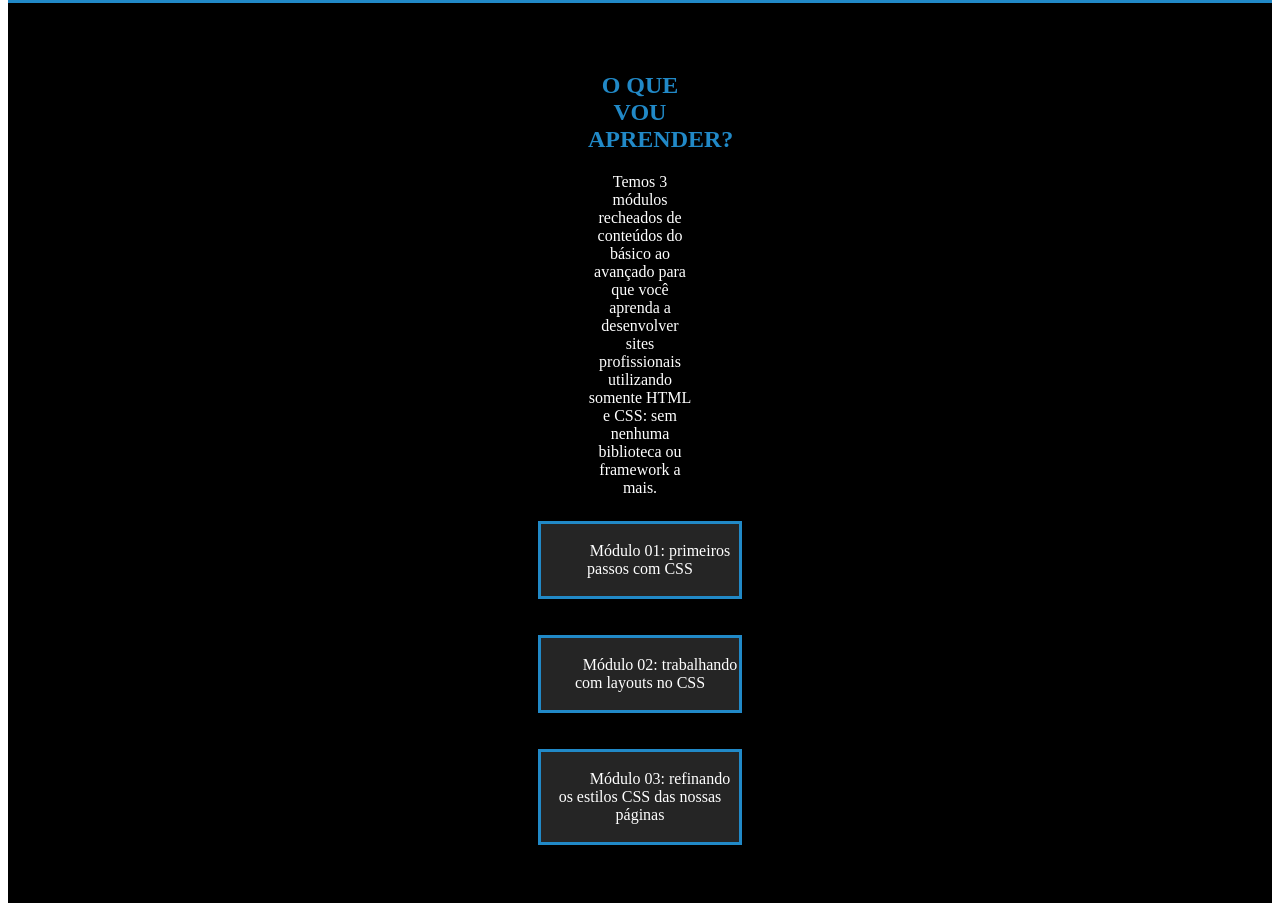
Repository: gustavotwist/trilha-css-desafio-01
Page: index.html
These files come from the project's save history. The page is drawn as it stood at one moment and after a run of saves; the edit follows.
The browser window is 1280 px wide. The pictures show the part of the page from y = 449 to 1356 px (the page is 2179 px tall before and 2149 px after).
A picture or video elsewhere on the page could not be fetched, so the positions and the page height are approximate.

Above is the page before, as saved 2024-07-15 18:55:44.

After the next 2 saves:
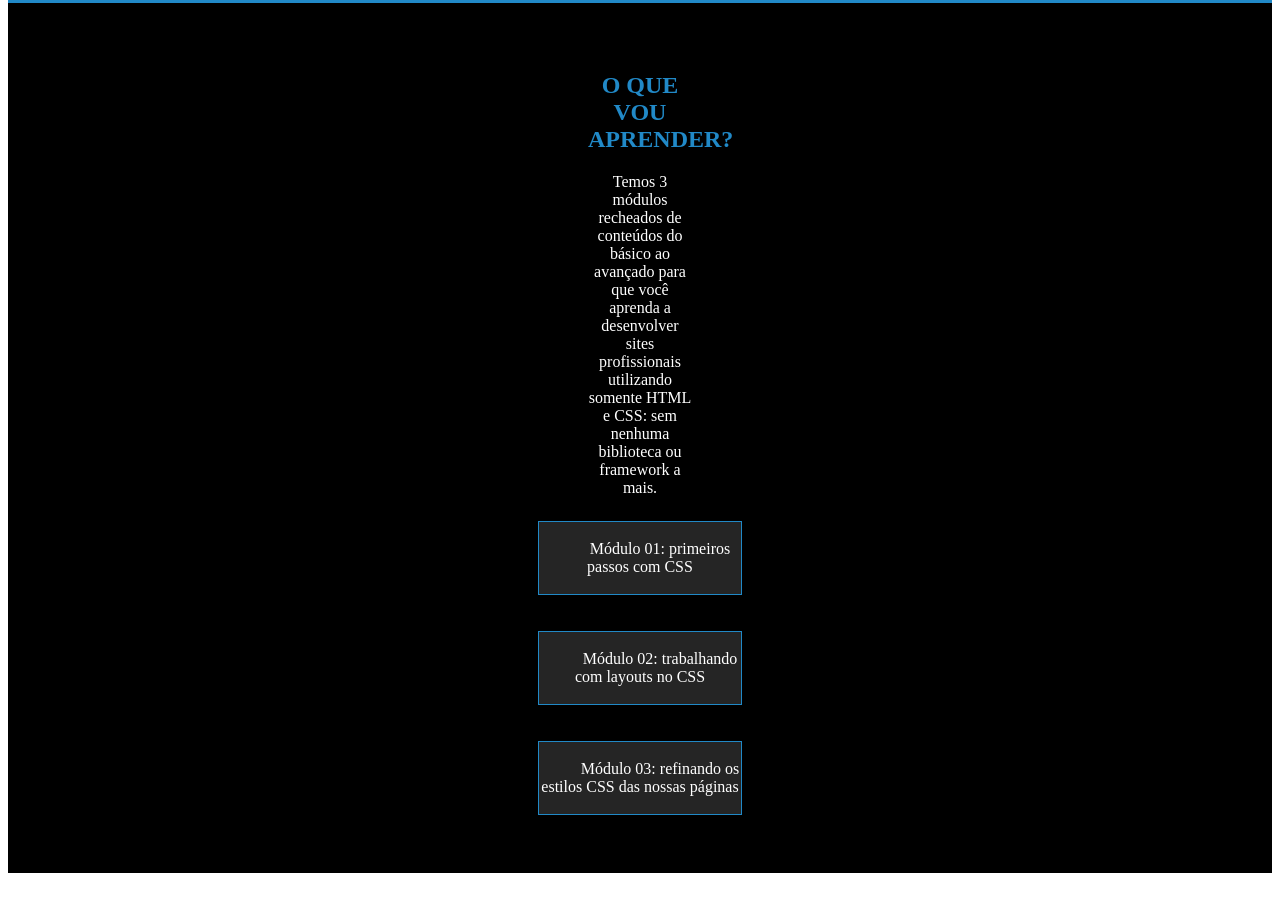
The 2 saves are shown as one change because they came seconds apart.
The last was saved 29 s later.
--- a/global.css
+++ b/global.css
@@ -50,5 +50,5 @@ section, p{
 
 .module {
     background-color:#252525;
-    border:solid #2189c7;
+    border:solid #2189c7 1px;
 }
